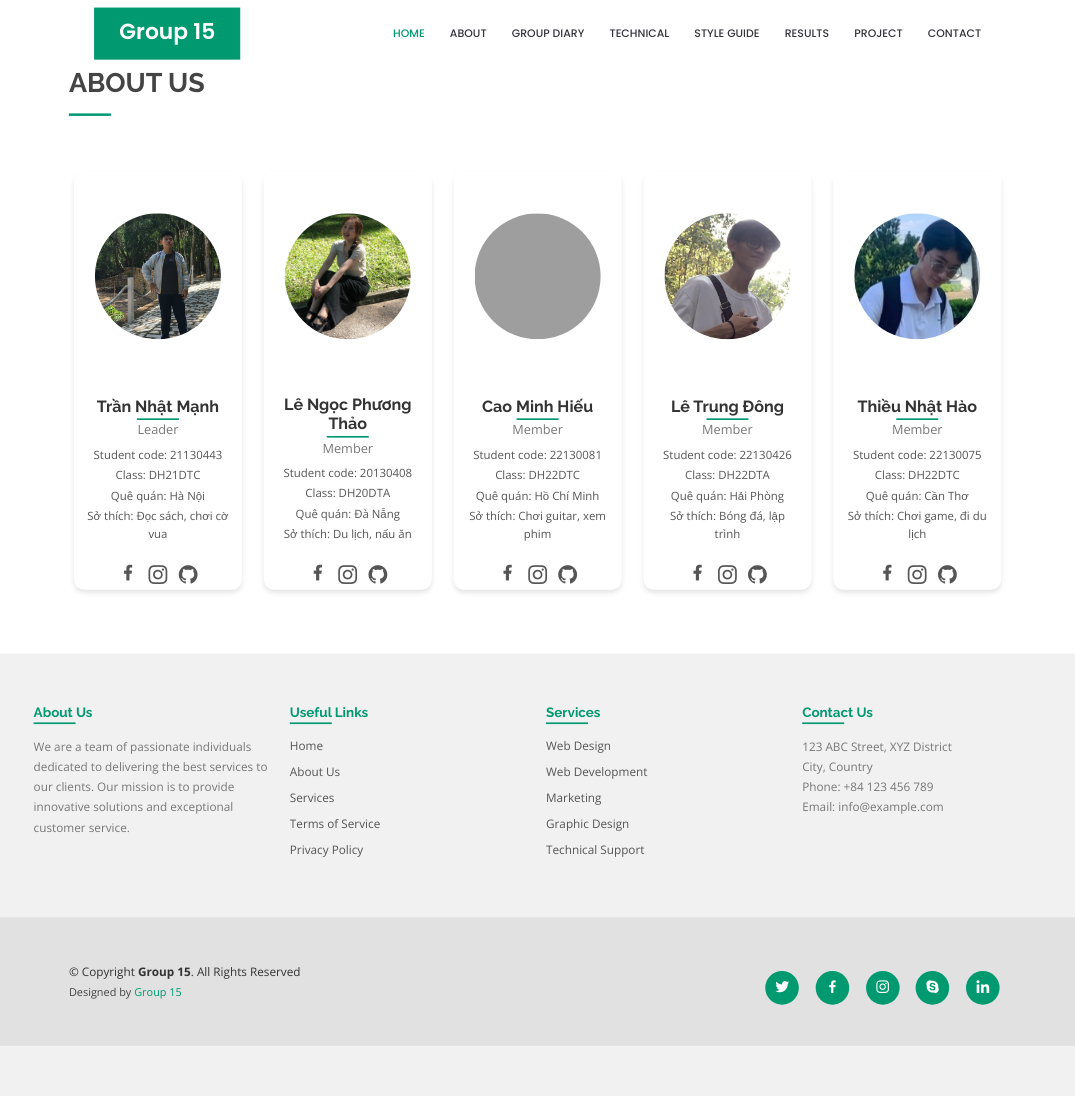
Repository: HoangKhangKhuPho4/Group_Web
Page: about.html
An editor plug-in stored every save of this project. The page is shown before and after the next save, followed by the edit.
The browser window is 1280 px wide. The pictures show the whole page, at 84% of full size.
Pictures or frames that could not be fetched are drawn as grey boxes.

Above is the page before, as saved 2024-10-19 23:31:18.

### about.html
<!DOCTYPE html>
<html lang="en">

<head>
    <!-- Phần head -->
    <meta charset="utf-8">
    <meta content="width=device-width, initial-scale=1.0" name="viewport">

    <title>Group 15</title>
    <meta content="" name="description">
    <meta content="" name="keywords">

    <!-- Favicons -->
    <link href="assets/img/favicon.png" rel="icon">
    <link href="assets/img/apple-touch-icon.png" rel="apple-touch-icon">

    <!-- Google Fonts -->
    <link
        href="https://fonts.googleapis.com/css?family=Open+Sans:300,300i,400,400i,600,600i,700,700i|Raleway:300,300i,400,400i,500,500i,600,600i,700,700i|Poppins:300,300i,400,400i,500,500i,600,600i"
        rel="stylesheet">

    <!-- Vendor CSS Files -->
    <link href="assets/vendor/aos/aos.css" rel="stylesheet">
    <link href="assets/vendor/bootstrap/css/bootstrap.min.css" rel="stylesheet">
    <link href="assets/vendor/bootstrap-icons/bootstrap-icons.css" rel="stylesheet">
    <link href="assets/vendor/boxicons/css/boxicons.min.css" rel="stylesheet">
    <link href="assets/vendor/glightbox/css/glightbox.min.css" rel="stylesheet">
    <link href="assets/vendor/remixicon/remixicon.css" rel="stylesheet">
    <link href="assets/vendor/swiper/swiper-bundle.min.css" rel="stylesheet">

    <!-- Template Main CSS File -->
    <link href="assets/css/style.css" rel="stylesheet">

    <!-- Custom CSS for arranging member cards and adding effects -->
    <style>
        /* Member Cards Container */
        .member-cards-container {
            display: flex;
            flex-wrap: nowrap;
            justify-content: space-between;
            align-items: stretch;
            overflow-x: auto;
            padding: 1em 0;
        }

        /* Hide scrollbar for WebKit browsers */
        .member-cards-container::-webkit-scrollbar {
            display: none;
        }

        /* Hide scrollbar for IE, Edge and Firefox */
        .member-cards-container {
            -ms-overflow-style: none;
            scrollbar-width: none;
        }

        /* Member Card Styling */
        .member-card {
            flex: 0 0 auto;
            width: 18%;
            margin: 0 0.5%;
            background-color: #fff;
            border-radius: 12px;
            overflow: hidden;
            box-shadow: 0 4px 6px rgba(0,0,0,0.1);
            transition: transform 0.3s, box-shadow 0.3s, background-color 0.3s;
            position: relative;
            display: flex;
            flex-direction: column;
            align-items: center;
        }

        .member-card:hover {
            transform: translateY(-10px);
            box-shadow: 0 15px 25px rgba(0,0,0,0.2);
            background-color: #f0f0f0;
        }

        /* Image */
        .member-card .pic {
            width: 100%;
            height: 250px;
            overflow: hidden;
            display: flex;
            align-items: center;
            justify-content: center;
        }

        .member-card .pic img {
            width: 150px;
            height: 150px;
            border-radius: 50%;
            object-fit: cover;
            transition: transform 0.3s;
        }

        .member-card:hover .pic img {
            transform: scale(1.05);
        }

        /* Member Info */
        .member-card .member-info {
            padding: 1em;
            text-align: center;
            flex-grow: 1;
            display: flex;
            flex-direction: column;
            justify-content: center;
            align-items: center;
            position: relative;
        }

        .member-card .member-info h4 {
            font-size: 1.2em;
            margin-bottom: 0.3em;
            color: #333;
            font-weight: 700;
            position: relative;
        }

        .member-card .member-info h4::after {
            content: '';
            position: absolute;
            width: 50px;
            height: 2px;
            background-color: #009970;
            left: 50%;
            transform: translateX(-50%);
            bottom: -5px;
        }

        .member-card .member-info span {
            display: block;
            font-size: 0.95em;
            color: #777;
            margin-bottom: 0.5em;
            font-weight: 500;
        }

        .member-card .member-info p {
            font-size: 0.85em;
            color: #555;
            margin-bottom: 0.3em;
        }

        /* Social Icons */
        .member-card .social {
            margin-top: auto;
            display: flex;
            justify-content: center;
            align-items: center;
        }

        .member-card .social a {
            color: #555;
            margin: 0 0.3em;
            font-size: 1.4em;
            transition: color 0.3s, transform 0.3s;
            position: relative;
        }

        .member-card .social a:hover {
            color: #009970;
            transform: translateY(-5px) rotate(15deg);
        }

        /* Tooltip for social icons */
        .member-card .social a::after {
            content: attr(title);
            position: absolute;
            bottom: 100%;
            left: 50%;
            transform: translateX(-50%) translateY(-10px);
            background-color: #333;
            color: #fff;
            padding: 5px 8px;
            border-radius: 4px;
            opacity: 0;
            pointer-events: none;
            transition: opacity 0.3s, transform 0.3s;
            white-space: nowrap;
            font-size: 12px;
        }

        .member-card .social a:hover::after {
            opacity: 1;
            transform: translateX(-50%) translateY(-15px);
        }

        /* Responsive Adjustments */
        @media (max-width: 1200px) {
            .member-card {
                width: 22%;
            }
        }

        @media (max-width: 992px) {
            .member-card {
                width: 28%;
            }
        }

        @media (max-width: 768px) {
            .member-card {
                width: 40%;
            }
        }

        @media (max-width: 576px) {
            .member-card {
                width: 80%;
            }
        }

        /* Smooth Scrolling */
        html {
            scroll-behavior: smooth;
        }

        /* Main content adjustment */
        #main {
            padding-top: 80px; /* Adjust to the navbar's height */
        }

        /* Ensure About Us section doesn't have conflicting margins */
        #about {
            margin-top: 0;
            padding-top: 0;
        }
    </style>

</head>

<body>

    <!-- ======= Header ======= -->
    <header id="header" class="fixed-top d-flex align-items-center">
        <div class="container">
            <div class="header-container d-flex align-items-center justify-content-between">
                <div class="logo">
                    <h1 class="text-light"><a href="index.html"><span>Group 15</span></a></h1>
                </div>

                <nav id="navbar" class="navbar">
                    <ul>
                        <li><a class="nav-link scrollto active" href="index.html">Home</a></li>
                        <li><a class="nav-link scrollto" href="about.html">About</a></li>
                        <li><a class="nav-link scrollto" href="groupDiary.html">Group Diary</a></li>
                        <li><a class="nav-link scrollto" href="technical.html">Technical</a></li>
                        <li><a class="nav-link scrollto" href="styleguide.html">Style Guide</a></li>
                        <li><a class="nav-link scrollto" href="results.html">Results</a></li>
                        <li><a class="nav-link scrollto" href="project.html">Project</a></li>
                        <li><a class="nav-link scrollto" href="contact.html">Contact</a></li>
                    </ul>
                    <i class="bi bi-list mobile-nav-toggle"></i>
                </nav>
                <!-- .navbar -->

            </div>
            <!-- End Header Container -->
        </div>
    </header>
    <!-- End Header -->

    <main id="main">
        <!-- ======= About Section ======= -->
        <section id="about" class="about">
            <div class="container" data-aos="fade-up">
                <div class="section-title">
                    <h2>About Us</h2>
                </div>

                <!-- Member Cards Container -->
                <div class="member-cards-container" data-aos="fade-up" data-aos-delay="100">
                    <!-- Member 1 -->
                    <div class="member-card" data-aos="zoom-in" data-aos-delay="150">
                        <div class="pic">
                            <img src="assets/img/team/team-1.jpg" alt="Trần Nhật Mạnh">
                        </div>
                        <div class="member-info">
                            <h4>Trần Nhật Mạnh</h4>
                            <span>Leader</span>
                            <p>Student code: 21130443</p>
                            <p>Class: DH21DTC</p>
                            <p>Quê quán: Hà Nội</p>
                            <p>Sở thích: Đọc sách, chơi cờ vua</p>
                        </div>
                        <div class="social">
                            <a href="https://www.facebook.com/johnson.billy.528" title="Facebook"><i class="ri-facebook-fill"></i></a>
                            <a href="#" title="Instagram"><i class="bi bi-instagram"></i></a>
                            <a href="https://github.com/username1" title="GitHub"><i class="bi bi-github"></i></a>
                        </div>
                    </div>
                    <!-- Member 2 -->
                    <div class="member-card" data-aos="zoom-in" data-aos-delay="200">
                        <div class="pic">
                            <img src="assets/img/team/team-2.jpg" alt="Lê Ngọc Phương Thảo">
                        </div>
                        <div class="member-info">
                            <h4>Lê Ngọc Phương Thảo</h4>
                            <span>Member</span>
                            <p>Student code: 20130408</p>
                            <p>Class: DH20DTA</p>
                            <p>Quê quán: Đà Nẵng</p>
                            <p>Sở thích: Du lịch, nấu ăn</p>
                        </div>
                        <div class="social">
                            <a href="https://www.facebook.com/thaoo.phuonqq.948" title="Facebook"><i class="ri-facebook-fill"></i></a>
                            <a href="#" title="Instagram"><i class="bi bi-instagram"></i></a>
                            <a href="https://github.com/username2" title="GitHub"><i class="bi bi-github"></i></a>
                        </div>
                    </div>
                    <!-- Member 3 -->
                    <div class="member-card" data-aos="zoom-in" data-aos-delay="250">
                        <div class="pic">
                            <img src="assets/img/team/team-3.jpg" alt="Cao Minh Hiếu">
                        </div>
                        <div class="member-info">
                            <h4>Cao Minh Hiếu</h4>
                            <span>Member</span>
                            <p>Student code: 22130081</p>
                            <p>Class: DH22DTC</p>
                            <p>Quê quán: Hồ Chí Minh</p>
                            <p>Sở thích: Chơi guitar, xem phim</p>
                        </div>
                        <div class="social">
                            <a href="https://www.facebook.com/hieu.caominh.144" title="Facebook"><i class="ri-facebook-fill"></i></a>
                            <a href="#" title="Instagram"><i class="bi bi-instagram"></i></a>
                            <a href="https://github.com/username3" title="GitHub"><i class="bi bi-github"></i></a>
                        </div>
                    </div>
                    <!-- Member 4 -->
                    <div class="member-card" data-aos="zoom-in" data-aos-delay="300">
                        <div class="pic">
                            <img src="assets/img/team/team-4.jpg" alt="Lê Trung Đông">
                        </div>
                        <div class="member-info">
                            <h4>Lê Trung Đông</h4>
                            <span>Member</span>
                            <p>Student code: 22130426</p>
                            <p>Class: DH22DTA</p>
                            <p>Quê quán: Hải Phòng</p>
                            <p>Sở thích: Bóng đá, lập trình</p>
                        </div>
                        <div class="social">
                            <a href="https://www.facebook.com/Tui.ten.dong" title="Facebook"><i class="ri-facebook-fill"></i></a>
                            <a href="#" title="Instagram"><i class="bi bi-instagram"></i></a>
                            <a href="https://github.com/username4" title="GitHub"><i class="bi bi-github"></i></a>
                        </div>
                    </div>
                    <!-- Member 5 -->
                    <div class="member-card" data-aos="zoom-in" data-aos-delay="350">
                        <div class="pic">
                            <img src="assets/img/team/team-5.jpg" alt="Thiều Nhật Hào">
                        </div>
                        <div class="member-info">
                            <h4>Thiều Nhật Hào</h4>
                            <span>Member</span>
                            <p>Student code: 22130075</p>
                            <p>Class: DH22DTC</p>
                            <p>Quê quán: Cần Thơ</p>
                            <p>Sở thích: Chơi game, đi du lịch</p>
                        </div>
                        <div class="social">
                            <a href="https://www.facebook.com/profile.php?id=100022691887846" title="Facebook"><i class="ri-facebook-fill"></i></a>
                            <a href="#" title="Instagram"><i class="bi bi-instagram"></i></a>
                            <a href="https://github.com/username5" title="GitHub"><i class="bi bi-github"></i></a>
                        </div>
                    </div>
                    <!-- Add more member cards as needed -->
                </div>
                <!-- End Member Cards Container -->

            </div>
        </section>
        <!-- End About Section -->

    </main>

    <!-- ======= Footer ======= -->
    <footer id="footer">
        <div class="footer-container">
            <div class="footer-column">
                <h4>About Us</h4>
                <p>We are a team of passionate individuals dedicated to delivering the best services to our clients. Our mission is to provide innovative solutions and exceptional customer service.</p>
            </div>
            <div class="footer-column">
                <h4>Useful Links</h4>
                <ul>
                    <li><a href="#">Home</a></li>
                    <li><a href="#">About Us</a></li>
                    <li><a href="#">Services</a></li>
                    <li><a href="#">Terms of Service</a></li>
                    <li><a href="#">Privacy Policy</a></li>
                </ul>
            </div>
            <div class="footer-column">
                <h4>Services</h4>
                <ul>
                    <li><a href="#">Web Design</a></li>
                    <li><a href="#">Web Development</a></li>
                    <li><a href="#">Marketing</a></li>
                    <li><a href="#">Graphic Design</a></li>
                    <li><a href="#">Technical Support</a></li>
                </ul>
            </div>
            <div class="footer-column">
                <h4>Contact Us</h4>
                <p>
                    123 ABC Street, XYZ District<br>
                    City, Country<br>
                    Phone: +84 123 456 789<br>
                    Email: info@example.com
                </p>
            </div>
        </div>
        <div class="footer-bottom">
            <div class="container d-md-flex py-4">
                <div class="me-md-auto text-center text-md-start">
                    <div class="copyright">
                        &copy; Copyright <strong><span>Group 15</span></strong>. All Rights Reserved
                    </div>
                    <div class="credits">
                        Designed by <a href="#">Group 15</a>
                    </div>
                </div>
                <div class="social-links text-center text-md-right pt-3 pt-md-0">
                    <a href="#" class="twitter" title="Twitter"><i class="bx bxl-twitter"></i></a>
                    <a href="#" class="facebook" title="Facebook"><i class="bx bxl-facebook"></i></a>
                    <a href="#" class="instagram" title="Instagram"><i class="bx bxl-instagram"></i></a>
                    <a href="#" class="google-plus" title="Skype"><i class="bx bxl-skype"></i></a>
                    <a href="#" class="linkedin" title="LinkedIn"><i class="bx bxl-linkedin"></i></a>
                </div>
            </div>
        </div>
    </footer>
    <!-- End Footer -->

    <!-- Scripts -->
    <a href="#" class="back-to-top d-flex align-items-center justify-content-center"><i
            class="bi bi-arrow-up-short"></i></a>

    <!-- Vendor JS Files -->
    <script src="assets/vendor/aos/aos.js"></script>
    <script src="assets/vendor/bootstrap/js/bootstrap.bundle.min.js"></script>
    <script src="assets/vendor/glightbox/js/glightbox.min.js"></script>
    <script src="assets/vendor/isotope-layout/isotope.pkgd.min.js"></script>
    <script src="assets/vendor/php-email-form/validate.js"></script>
    <script src="assets/vendor/purecounter/purecounter.js"></script>
    <script src="assets/vendor/swiper/swiper-bundle.min.js"></script>

    <!-- Template Main JS File -->
    <script src="assets/js/main.js"></script>

</body>

</html>

Loaded but not shown: assets/vendor/aos/aos.css (library); assets/vendor/bootstrap/css/bootstrap.min.css (library); assets/vendor/bootstrap-icons/bootstrap-icons.css (library); assets/vendor/boxicons/css/boxicons.min.css (library); assets/vendor/glightbox/css/glightbox.min.css (library); assets/vendor/remixicon/remixicon.css (library); assets/vendor/swiper/swiper-bundle.min.css (library); assets/vendor/aos/aos.js (library); assets/vendor/bootstrap/js/bootstrap.bundle.min.js (library); assets/vendor/glightbox/js/glightbox.min.js (library); assets/vendor/isotope-layout/isotope.pkgd.min.js (library); assets/vendor/php-email-form/validate.js (common file); assets/vendor/purecounter/purecounter.js (library); assets/vendor/swiper/swiper-bundle.min.js (library); assets/js/main.js (252 lines, source omitted); assets/css/style.css (1474 lines, source omitted)

After the next save:
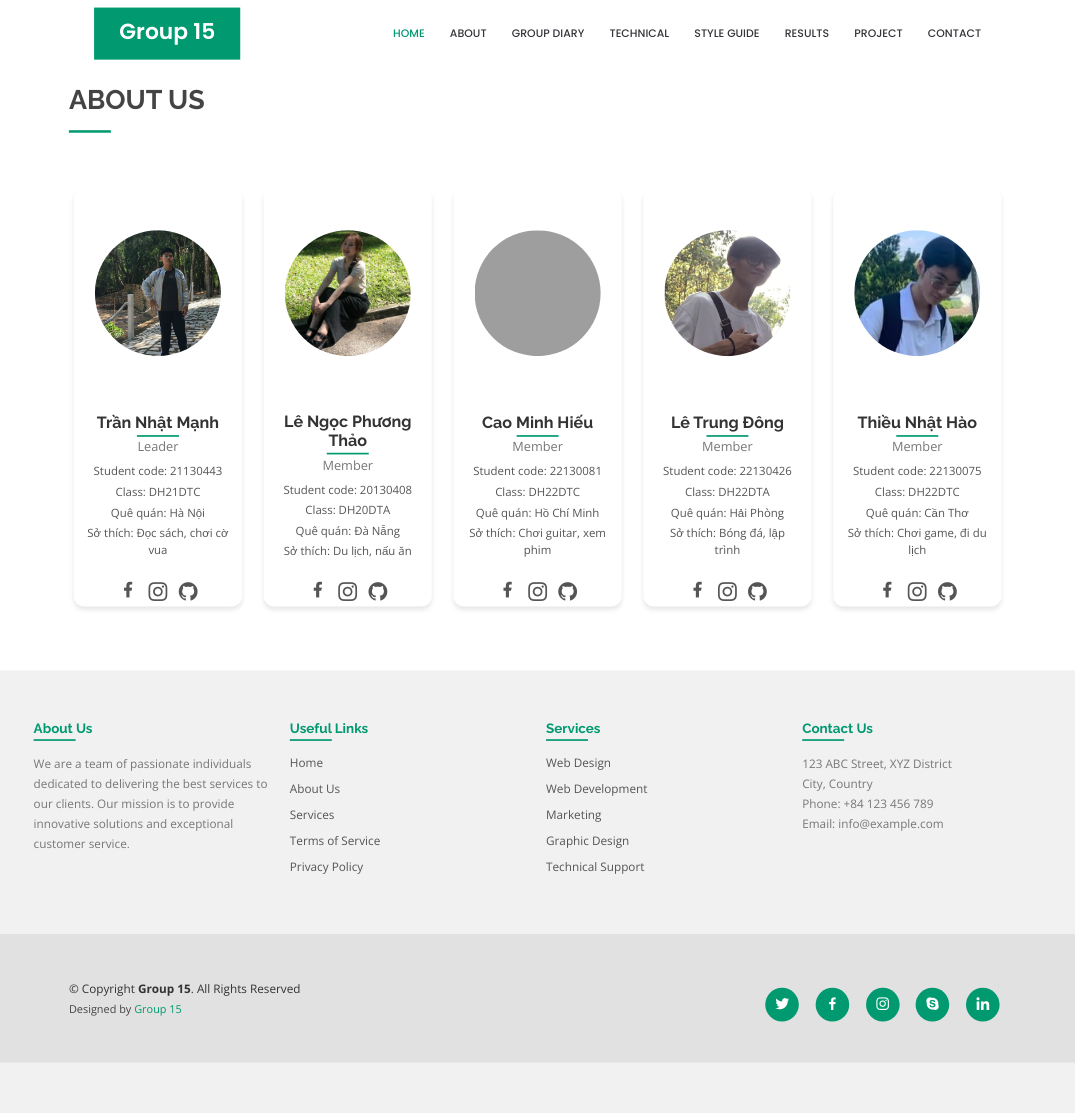
Saved 7 s later.
--- a/about.html
+++ b/about.html
@@ -219,7 +219,7 @@
 
         /* Main content adjustment */
         #main {
-            padding-top: 80px; /* Adjust to the navbar's height */
+            padding-top: 100px; /* Adjust to the navbar's height */
         }
 
         /* Ensure About Us section doesn't have conflicting margins */
